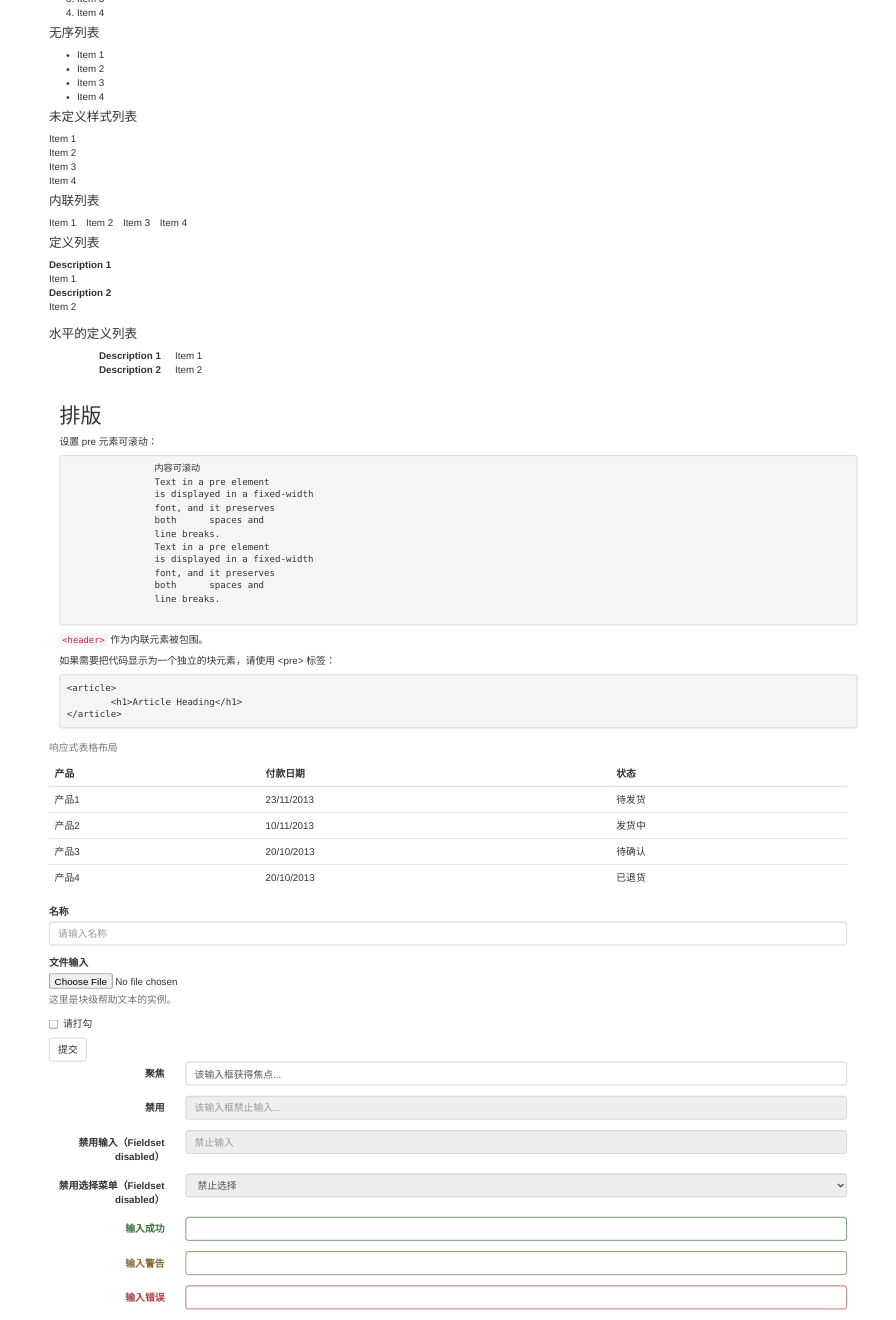
Repository: SnugHAN/eshop_real
Page: eshop_han/gg_shop/WebContent/test.html
The author's editor kept a copy of each file at every save. The page is drawn from the files as they stood at one save, then again after the next save.
The browser window is 1280 px wide. The pictures show the part of the page from y = 1108 to 3028 px (the page is 2994 px tall before and 3028 px after), at 70% of full size.

Above is the page before, as saved 2017-05-26 09:03:46.
Console error (its wording comes from the project's code and is left out).

After the next save:
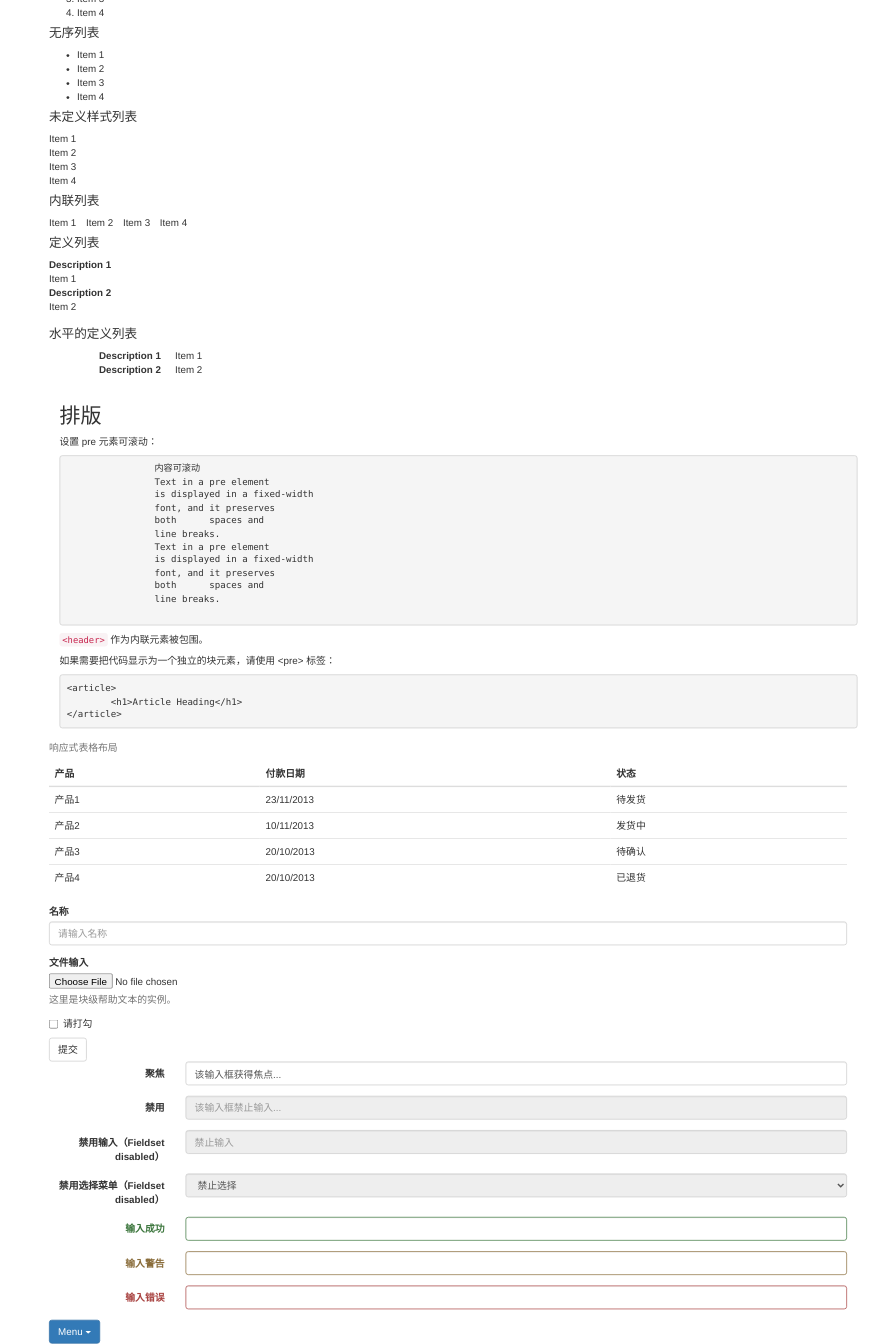
Saved 17 min 6 s later.
--- a/eshop_han/gg_shop/WebContent/test.html
+++ b/eshop_han/gg_shop/WebContent/test.html
@@ -252,6 +252,14 @@
     </div>
   </div>
 </form>
+<div class="btn-group">
+		<button type="button" class="btn btn-primary dropdown-toggle" data-toggle="dropdown">Menu <span class="caret"></span></button>
+		<ul class="dropdown-menu" role="menu">
+			<li><a href="#">一个链接</a></li>
+			<li><a href="#">另一个链接 link</a></li>
+			<li><a href="#">其他功能</a></li>
+		</ul>
+	</div>
 </div>
 
 </body>
